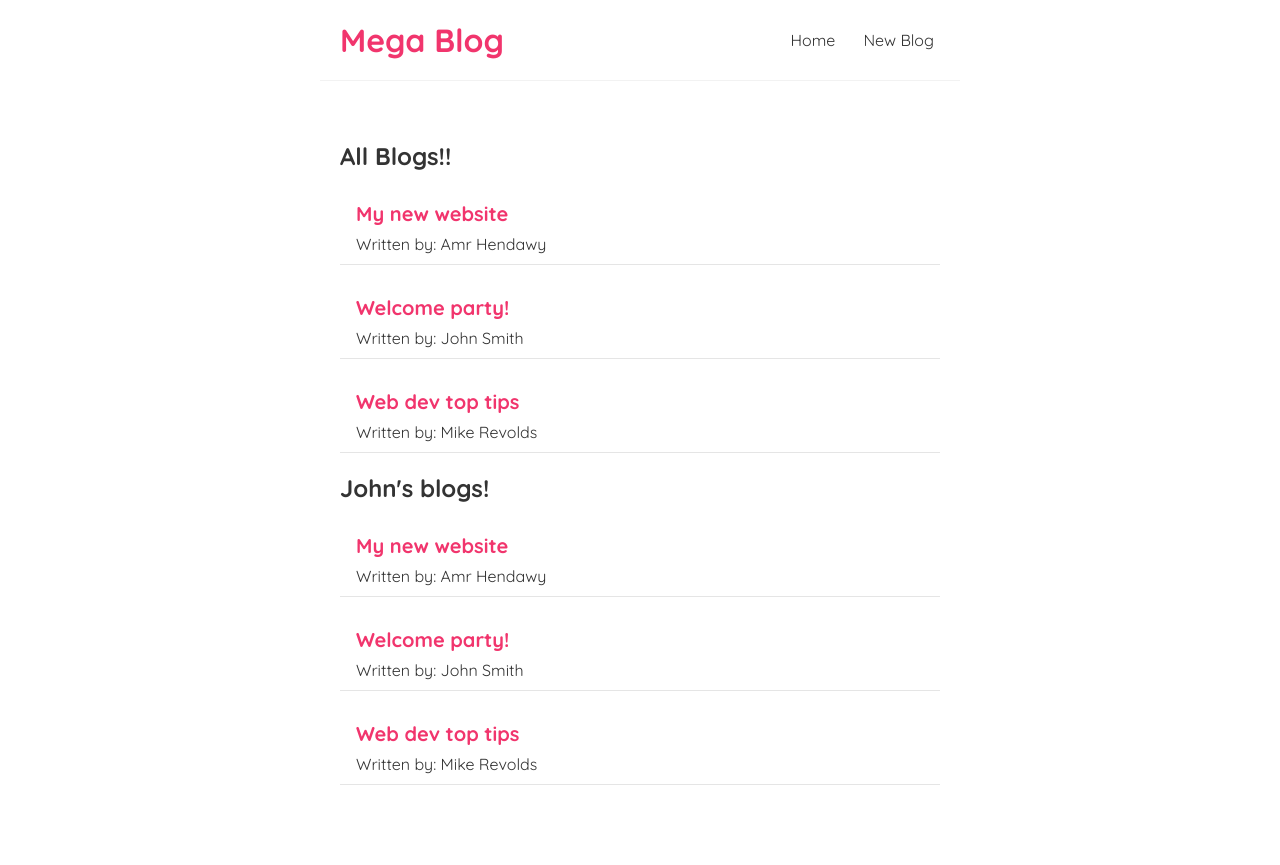
Repository: Amr-Hendawy/blog
Page: /
An editor plug-in stored every save of this project. The page is shown before and after the next save, followed by the edit.
The browser window is 1280 px wide. The pictures show the whole page.
The project was rebuilt for these pictures with package versions that can differ from the ones it lists, and the page was loaded fresh each time.

Above is the page before, as saved 2022-10-28 01:07:42.

### src/index.css
@import url("https://fonts.googleapis.com/css2?family=Quicksand:wght@300;400;500;600;700&display=swap");
/* base styles */
* {
  margin: 0;
  font-family: "Quicksand";
  color: #333;
}
.navbar {
  padding: 20px;
  display: flex;
  align-items: center;
  max-width: 600px;
  margin: 0 auto;
  border-bottom: 1px solid #f2f2f2;
}
.navbar h1 {
  color: #f1356d;
}
.navbar .links {
  margin-left: auto;
}
.navbar a {
  margin-left: 16px;
  text-decoration: none;
  padding: 6px;
}
.navbar a:hover {
  color: #f1356d;
}
.content {
  max-width: 600px;
  margin: 40px auto;
  padding: 20px;
}
/*blog previews / list*/

.blog-preview {
  padding: 10px 16px;
  margin: 20px 0;
  border-bottom: 1px solid rgba(0, 0, 0, 0.1);
}

.blog-preview:hover {
  box-shadow: 1px 3px 5px rgba(0, 0, 0, 0.1);
}
.blog-preview h2 {
  font-size: 20px;
  color: #f1356d;
  margin-bottom: 8px;
}

### src/App.js
import Home from "./Components/Home/Home";
import { Navbar } from "./Components/Navbar/Navbar.jsx";

function App() {
  return (
    <div className="App">
      <Navbar />
      <div className="content">
        <Home />
      </div>
    </div>
  );
}

export default App;

### src/Components/Home/Home.js
import { useState } from "react";
import BlogList from "../BlogList/BlogList";

const Home = () => {
  let [blogs, setBlogs] = useState([
    {
      id: 1,
      author: "Amr Hendawy",
      title: "My new website",
      body: "English Teacher",
    },
    {
      id: 2,
      author: "John Smith",
      title: "Welcome party!",
      body: "German Guide",
    },
    {
      id: 3,
      author: "Mike Revolds",
      title: "Web dev top tips",
      body: "Doctor",
    },
  ]);

  return (
    <div className="home">
      <BlogList test={blogs} title="All Blogs!!" />
      <BlogList test={blogs} title="John's blogs!" />
    </div>
  );
};

export default Home;

### src/Components/Navbar/Navbar.jsx
import React from "react";

export const Navbar = () => {
  return (
    <div className="navbar">
      <h1>Mega Blog</h1>
      <div className="links">
        <a href="/Home">Home</a>
        <a href="/create">New Blog</a>
      </div>
    </div>
  );
};

### src/Components/BlogList/BlogList.js
import React from "react";

const BlogList = ({ test, title }) => {
  return (
    <div>
      <h2>{title}</h2>
      {test.map((el) => (
        <div className="blog-preview" key={el.id}>
          <h2> {el.title}</h2>
          <p> Written by: {el.author}</p>
        </div>
      ))}
    </div>
  );
};

export default BlogList;

Loaded but not shown: src/index.js (common file)

After the next save:
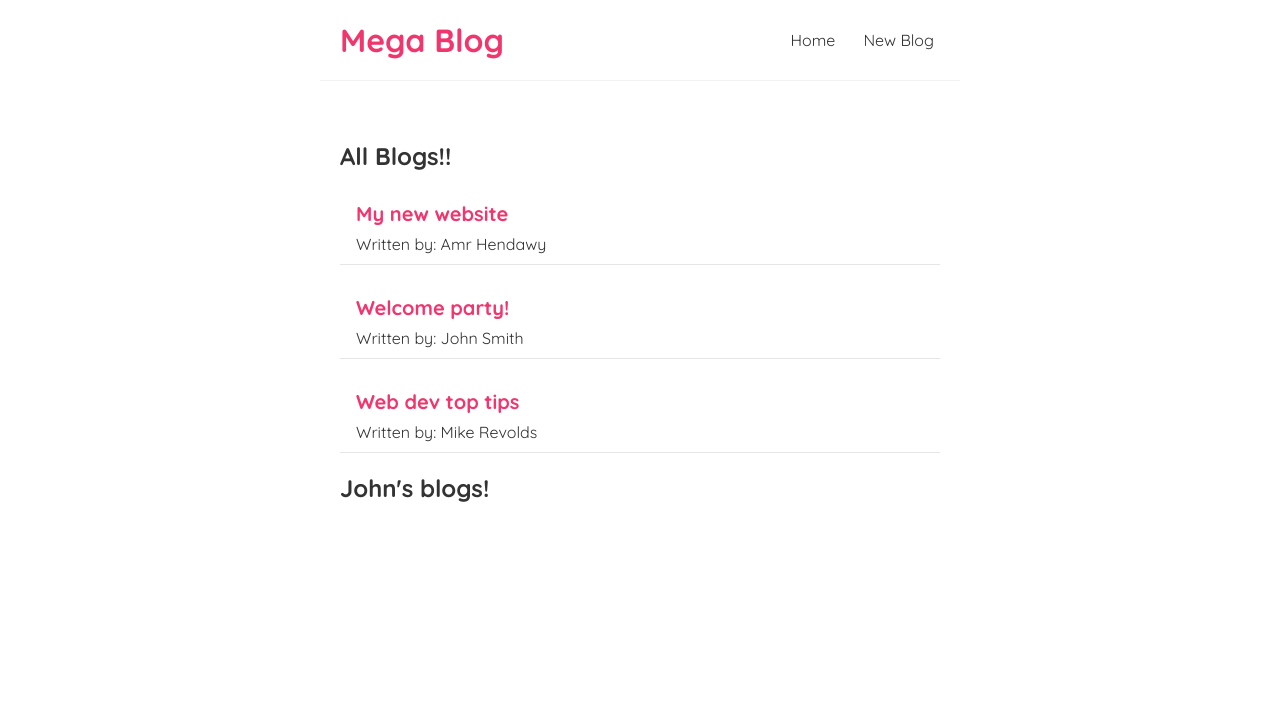
Saved 73 s later.
--- a/src/Components/Home/Home.js
+++ b/src/Components/Home/Home.js
@@ -26,7 +26,12 @@ const Home = () => {
   return (
     <div className="home">
       <BlogList test={blogs} title="All Blogs!!" />
-      <BlogList test={blogs} title="John's blogs!" />
+      <BlogList
+        test={blogs.filter((el) => {
+          el.title === "John";
+        })}
+        title="John's blogs!"
+      />
     </div>
   );
 };
